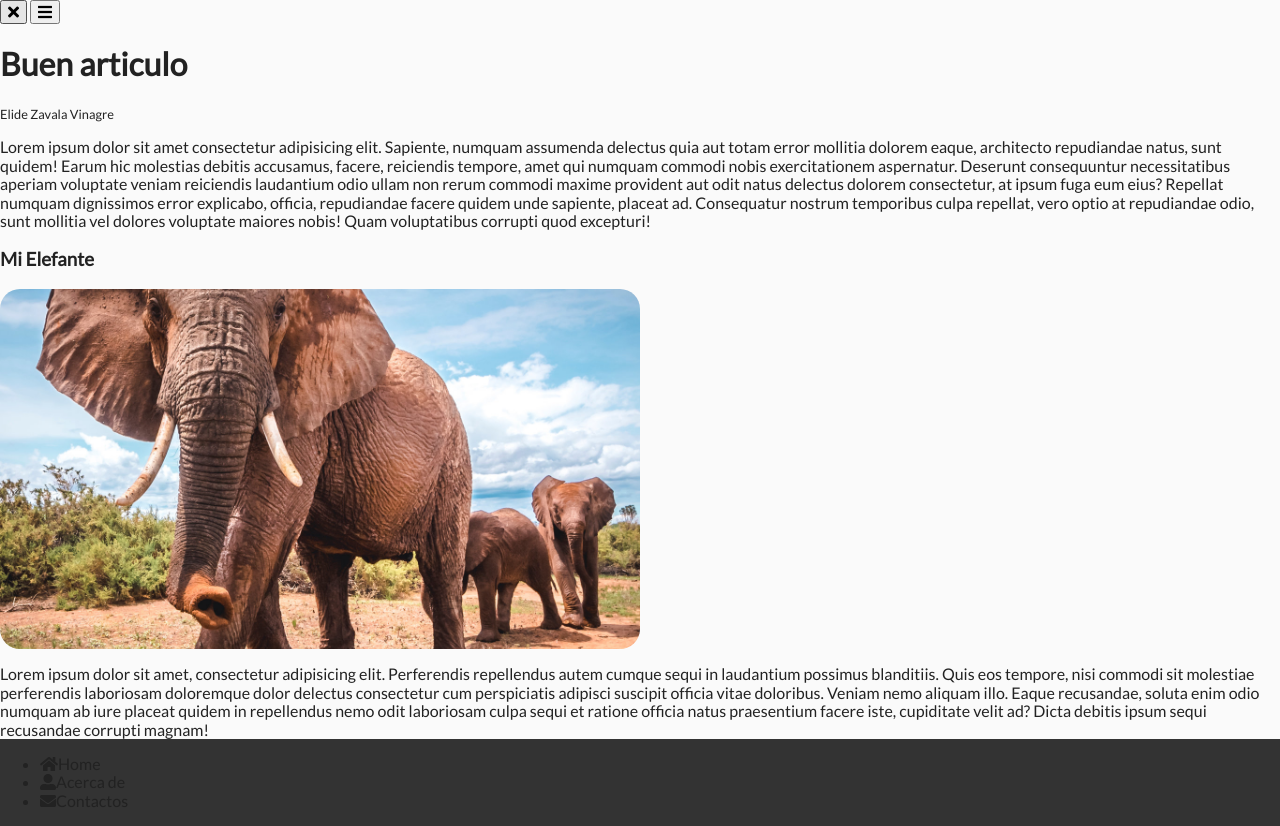
Repository: ElideZavala/Navagacion-en-rotacion
Page: index.html
The author's editor kept a copy of each file at every save. The page is drawn from the files as they stood at one save, then again after the next save.
The browser window is 1280 px wide. The pictures show the whole page.

Above is the page before, as saved 2021-05-29 08:52:17.

### index.html
<!DOCTYPE html>
<html lang="en">
<head>
	<meta charset="UTF-8">
	<meta http-equiv="X-UA-Compatible" content="IE=edge">
	<meta name="viewport" content="width=device-width, initial-scale=1.0">
	<link rel="stylesheet" href="https://cdnjs.cloudflare.com/ajax/libs/font-awesome/5.15.3/css/all.min.css" integrity="sha512-iBBXm8fW90+nuLcSKlbmrPcLa0OT92xO1BIsZ+ywDWZCvqsWgccV3gFoRBv0z+8dLJgyAHIhR35VZc2oM/gI1w==" crossorigin="anonymous" referrerpolicy="no-referrer" />
	<link rel="stylesheet" href="style.css">
	<link rel="stylesheet" href="normalize.css">
	<title>Navegación Giratoria</title>
</head>
<body>
	<div class="container">
		<div class="circle-container">
			<div class="circle">
				<button id="close">
					<i class="fas fa-times"></i>
				</button>
				<button id="open">
					<i class="fas fa-bars"></i>
				</button>
			</div>
		</div>

		<div class="content">
			<h1 class="title">Buen articulo</h1>
			<small>Elide Zavala Vinagre</small>
			<p>Lorem ipsum dolor sit amet consectetur adipisicing elit. Sapiente, numquam assumenda delectus quia aut totam error mollitia dolorem eaque, architecto repudiandae natus, sunt quidem! Earum hic molestias debitis accusamus, facere, reiciendis tempore, amet qui numquam commodi nobis exercitationem aspernatur. Deserunt consequuntur necessitatibus aperiam voluptate veniam reiciendis laudantium odio ullam non rerum commodi maxime provident aut odit natus delectus dolorem consectetur, at ipsum fuga eum eius? Repellat numquam dignissimos error explicabo, officia, repudiandae facere quidem unde sapiente, placeat ad. Consequatur nostrum temporibus culpa repellat, vero optio at repudiandae odio, sunt mollitia vel dolores voluptate maiores nobis! Quam voluptatibus corrupti quod excepturi!</p>

			<h3 class="title">Mi Elefante</h3>
			<img class="img" src="./Elefante.jpg" alt="Elefante">
			<p>Lorem ipsum dolor sit amet, consectetur adipisicing elit. Perferendis repellendus autem cumque sequi in laudantium possimus blanditiis. Quis eos tempore, nisi commodi sit molestiae perferendis laboriosam doloremque dolor delectus consectetur cum perspiciatis adipisci suscipit officia vitae doloribus. Veniam nemo aliquam illo. Eaque recusandae, soluta enim odio numquam ab iure placeat quidem in repellendus nemo odit laboriosam culpa sequi et ratione officia natus praesentium facere iste, cupiditate velit ad? Dicta debitis ipsum sequi recusandae corrupti magnam!</p>
		</div>
	</div>

	<nav>
		<ul>
			<li><i class="fas fa-home"></i>Home</li>
			<li><i class="fas fa-user-alt"></i>Acerca de</li>
			<li><i class="fas fa-envelope"></i>Contactos</li>
		</ul>
	</nav>



	<script src="./script.js"></script>
</body>
</html>

### style.css
@import url('https://fonts.googleapis.com/css?family=Lato&display=swap');

* {
	box-sizing: border-box;
}

body {
	font-family: 'Lato', sans-serif;
	background-color: #333;
	color: #222;
	overflow: hidden;
	margin: 0;
}

.container {
	background-color: #fafafa;
}

.container.show-nav {
	transform: rotate(-20deg);
	transform-origin: top left;
	transition: transform 0.5s linear;
}

.img{
	width: 50vw;
	height: 50vh;
	display: flex;
	border-radius: 20px;
	object-fit: cover;
}

Loaded but not shown: normalize.css (library); script.js (no stored copy; drawn as an empty file)

After the next save:
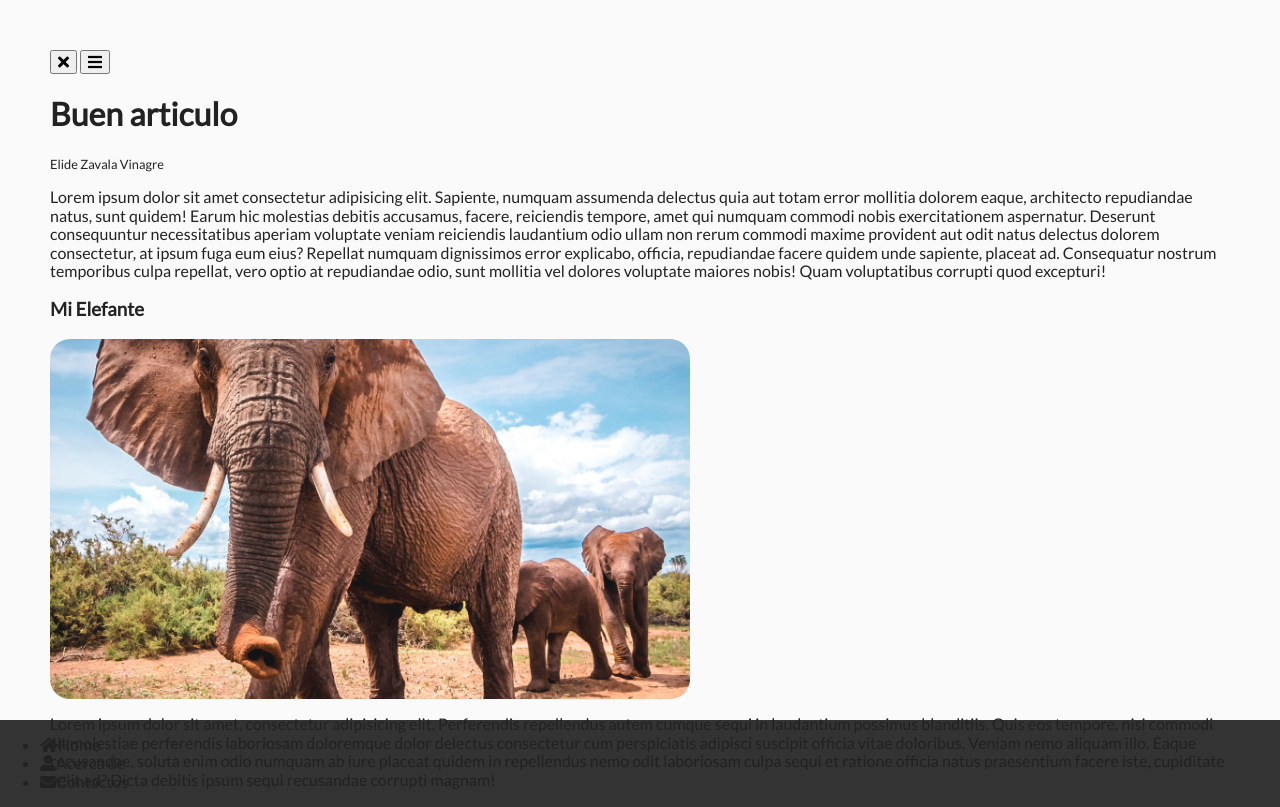
Saved 5 min 31 s later.
--- a/style.css
+++ b/style.css
@@ -14,12 +14,16 @@ body {
 
 .container {
 	background-color: #fafafa;
+	transform-origin: top left;
+	transition: transform 0.5s linear;
+	width: 100vw;
+	height: 100vh;
+	padding: 50px;
+
 }
 
 .container.show-nav {
 	transform: rotate(-20deg);
-	transform-origin: top left;
-	transition: transform 0.5s linear;
 }
 
 .img{
